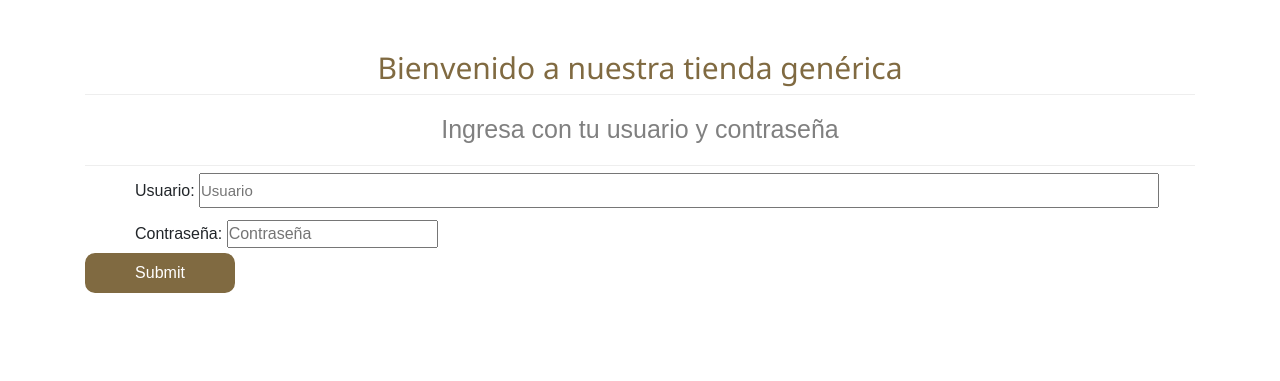
Repository: andresrojas686/tiendaGenericaMintic
Page: primerJSP/src/main/webapp/index.html
These files come from the project's save history. The page is drawn as it stood at one moment and after the next save; the edit follows.
The browser window is 1280 px wide. The pictures show the whole page.

Above is the page before, as saved 2021-09-15 15:36:23.

After the next save:
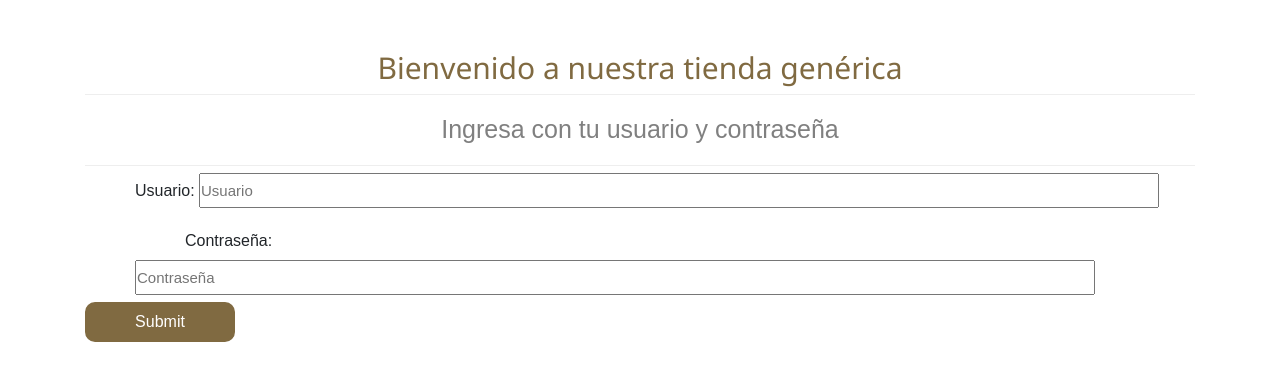
Saved 54 s later.
--- a/primerJSP/src/main/webapp/index.html
+++ b/primerJSP/src/main/webapp/index.html
@@ -21,10 +21,10 @@
 								<span>Usuario: </span>
 								<input type="text" name="usuario" placeholder="Usuario" id="usuario">
 							</label>
-							<div>
+							<label for="pass">
 								<label>Contraseña: </label>
-								<input type="password" name="pass" placeholder="Contraseña">
-							</div>
+								<input type="password" name="pass" placeholder="Contraseña" id="pass">
+							</label>
 							<div>
 								<input type="submit" class="botones-usuario">
 							</div>
